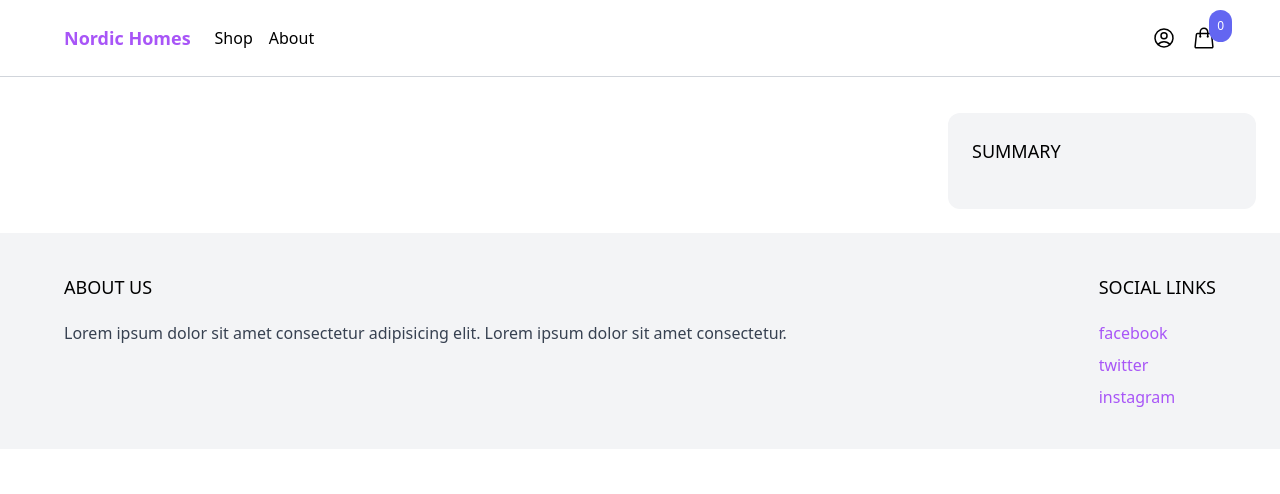
Repository: Calin224/NordicHomes
Page: cart/templates/cart/cart.html
These files come from the project's save history. The page is drawn as it stood at one moment and after the next save; the edit follows.
The browser window is 1280 px wide. The pictures show the whole page.
Some web libraries are served in a nearby version. The template is drawn by Django 4.2. The application's start-up code is not run. The template is opened directly, without the code that normally fills it, so the values that code supplies are empty.

Above is the page before, as saved 2023-02-16 20:32:48.

After the next save:
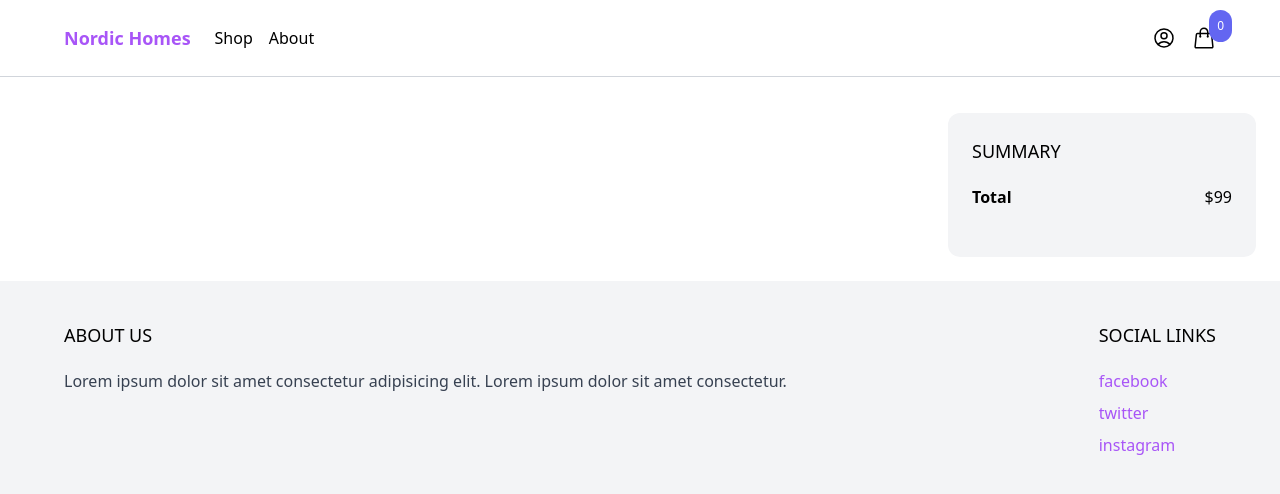
Saved 45 s later.
--- a/cart/templates/cart/cart.html
+++ b/cart/templates/cart/cart.html
@@ -9,6 +9,11 @@
 
     <div class="summary w-full lg:w-1/4 p-6 bg-gray-100 rounded-xl mt-3">
         <h2 class="uppercase text-lg mb-5">Summary</h2>
+
+        <div class="mb-6 flex justify-between">
+            <span class="font-semibold">Total</span>
+            <span>$99</span>
+        </div>
     </div>
 </div>
 
